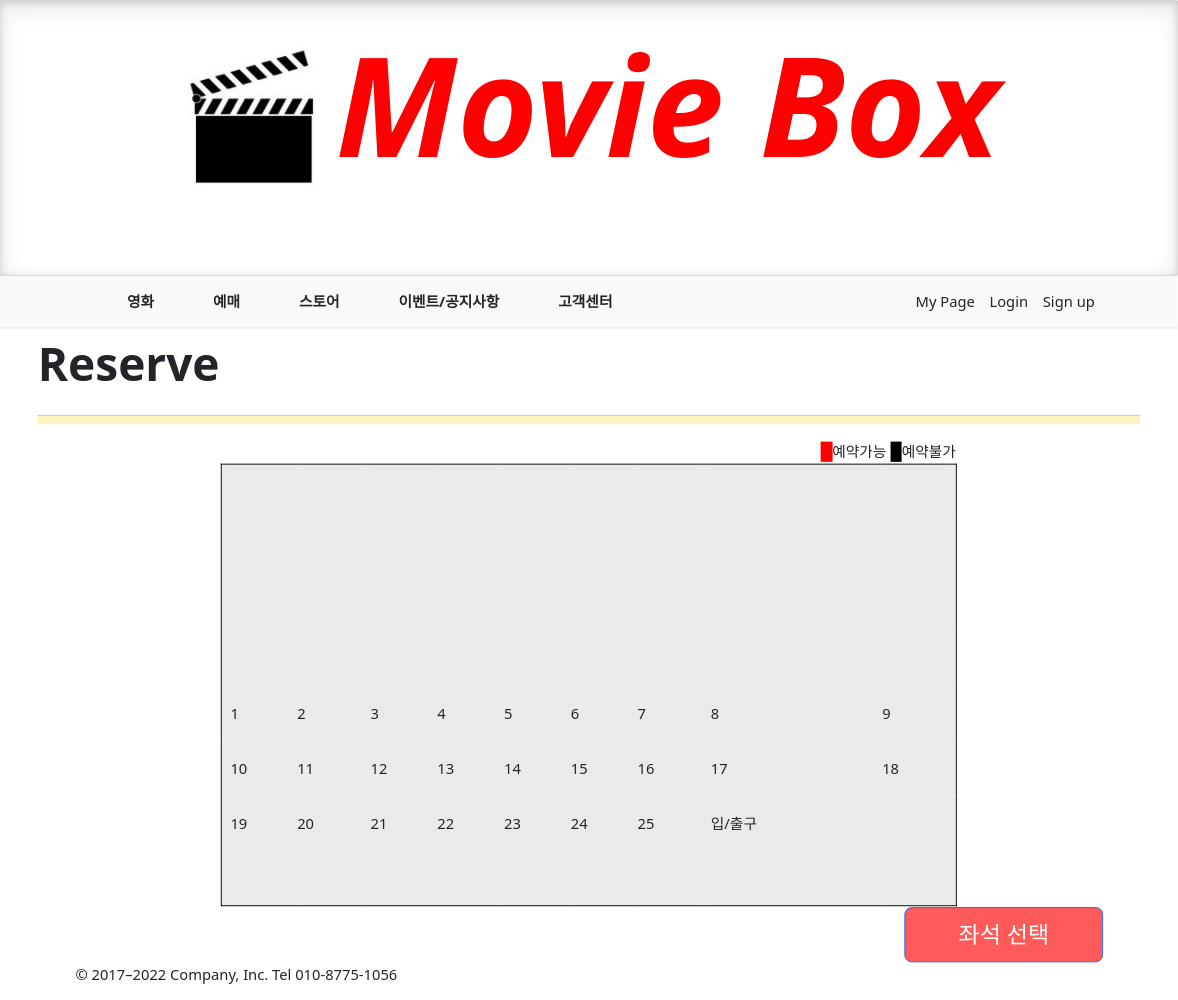
Repository: SpearManCN/MovieBox-2nd-Project-
Page: http://localhost/prj_01/WEB-INF/views/reserveDetail.jsp
An editor plug-in stored every save of this project. The page is shown before and after the next save, followed by the edit.
The browser window is 1280 px wide. The pictures show the whole page, at 92% of full size.
The page is served by Tomcat 9. Nobody is signed in. Other server files are loaded and not shown. The template is opened directly, without the code that normally fills it, so the values that code supplies are empty.

Above is the page before, as saved 2022-12-13 11:49:54.

### Second project/prj_01/src/main/webapp/WEB-INF/views/reserveDetail.jsp
<%@ page language="java" contentType="text/html; charset=UTF-8"
    pageEncoding="UTF-8"%>
        <%@taglib prefix="c" uri="http://java.sun.com/jsp/jstl/core" %>
<!DOCTYPE html>
<html>
<head>
<meta name="viewport" content="width=device-width, initial-scale=1">
<meta charset="UTF-8">
<link href="https://cdn.jsdelivr.net/npm/bootstrap@5.2.3/dist/css/bootstrap.min.css" rel="stylesheet" integrity="sha384-rbsA2VBKQhggwzxH7pPCaAqO46MgnOM80zW1RWuH61DGLwZJEdK2Kadq2F9CUG65" crossorigin="anonymous">

</head>
<body>
<%@include file="/WEB-INF/views/commonHeader.jsp" %>

<center>
<table width="1200px">
	<tr>
	<td align="left"><span style="font-size:50px; font-weight:bold;">Reserve</span>
	<tr>
	<td><hr style="height:10px; background-color:#EDD200;">
	<tr>
</table>
</center>

<table align="center" width="800px">
<tr align="right"><td><sapn style="background-color:red">&nbsp;&nbsp;&nbsp;</sapn><span>예약가능</span>
<sapn style="background-color:black">&nbsp;&nbsp;&nbsp;</sapn><span>예약불가</span>

</table>
<table align="center" width="800px" style="border:1px solid black; background-color:#EAEAEA;">
	<tr height="60px">
	<td></td>
	<td></td>
	<td></td>
	<td></td>
	<td></td>
	<td></td>
	<td></td>
	<td></td>
	<td></td>
	<td></td>
	<td></td>
	<td></td>
	<td></td>
	</tr>
		<tr height="60px">
	<td></td>
	<td></td>
	<td></td>
	<td></td>
	<td></td>
	<td></td>
	<td></td>
	<td></td>
	<td></td>
	<td></td>
	<td></td>
	<td></td>
	<td></td>
	</tr>
		<tr height="60px">
	<td></td>
	<td></td>
	<td></td>
	<td></td>
	<td></td>
	<td></td>
	<td></td>
	<td></td>
	<td></td>
	<td></td>
	<td></td>
	<td></td>
	<td></td>
	</tr>
		<tr height="60px">
	<td></td>
	<td></td>
	<td></td>
	<td></td>
	<td></td>
	<td></td>
	<td></td>
	<td></td>
	<td></td>
	<td></td>
	<td></td>
	<td></td>
	<td></td>
	</tr>
		<tr height="60px">
	<td></td>
	<td>1</td>
	<td>2</td>
	<td></td>
	<td>3</td>
	<td>4</td>
	<td>5</td>
	<td>6</td>
	<td>7</td>
	<td></td>
	<td>8</td>
	<td>9</td>
	<td></td>
	</tr>
		<tr height="60px">
	<td></td>
	<td>10</td>
	<td>11</td>
	<td></td>
	<td>12</td>
	<td>13</td>
	<td>14</td>
	<td>15</td>
	<td>16</td>
	<td></td>
	<td>17</td>
	<td>18</td>
	<td></td>
	</tr>
		<tr height="60px">
	<td></td>
	<td>19</td>
	<td>20</td>
	<td></td>
	<td>21</td>
	<td>22</td>
	<td>23</td>
	<td>24</td>
	<td>25</td>
	<td></td>
	<td>입/출구</td>
	<td></td>
	<td></td>
	</tr>
		<tr height="60px">
	<td></td>
	<td></td>
	<td></td>
	<td></td>
	<td></td>
	<td></td>
	<td></td>
	<td></td>
	<td></td>
	<td></td>
	<td></td>
	<td></td>
	<td></td>
	</tr>




</table>

<table width="1200px">
<tr><td>
<div align="right"><button onclick="goReserveDetail();" type="button" class="btn btn-primary btn-lg" style="width:18%; height:60px; background-color:#FF5A5A;">
	<span style="font-size:25px; font-weight:; color:white;">좌석 선택</span></button></div></table>



<%@include file="/WEB-INF/views/commonFooter.jsp" %>
</body>
</html>

### Second project/prj_01/src/main/webapp/WEB-INF/views/commonHeader.jsp
<%@ page language="java" contentType="text/html; charset=UTF-8"
    pageEncoding="UTF-8"%>



<script src="/js/jquery-1.11.0.min.js"></script>
<script>
function goLogin(){document.commonForm.action="/loginForm.do";document.commonForm.submit(); }
function goLoginJoin(){document.commonForm.action="/loginJoinForm.do";document.commonForm.submit();}
function goMyPage(){document.commonForm.action="/myPageHome.do";document.commonForm.submit(); }
function goMainForm(){document.commonForm.action="/mainForm.do";document.commonForm.submit(); }
</script>

<form name="commonForm" method="post"></form>
<div style="height:300px; background-color: white; border-width: 1px 0;
        box-shadow: inset 0 .5em 1.5em rgba(0, 0, 0, .1), inset 0 .125em .5em rgba(0, 0, 0, .15);         border: solid rgba(0, 0, 0, .15);
        border-width: 1px 0;" class="b-example-divider" align="center" >

 <span style="cursor:pointer" onclick="goMainForm();"><img src="resources/img/movieBox2.jpg" >
 <Span  style="font-size: 150px; color:red; font-weight: bold ; font-style: italic;" >Movie Box</Span>

 </span></div>

  <nav class="py-2 bg-light border-bottom">
    <div class="container d-flex flex-wrap">
      <ul class="nav me-auto">
      <li class="nav-item">&emsp;&emsp;&emsp;</li>
        <li class="nav-item"><a href="movieHome.do" class="nav-link link-dark px-2 active" aria-current="page" style="font-weight: bold ;" >영화</a></li>
         <li class="nav-item">&emsp;&emsp;&emsp;</li>
        <li class="nav-item"><a href="reserveForm.do" class="nav-link link-dark px-2" style="font-weight: bold ;">예매</a></li>
         <li class="nav-item">&emsp;&emsp;&emsp;</li>
        <li class="nav-item"><a href="/storeForm.do" class="nav-link link-dark px-2" style="font-weight: bold ;">스토어</a></li>
         <li class="nav-item">&emsp;&emsp;&emsp;</li>
        <li class="nav-item"><a href="/eventForm.do" class="nav-link link-dark px-2" style="font-weight: bold ;">이벤트/공지사항</a></li>
          <li class="nav-item">&emsp;&emsp;&emsp;</li>
        <li class="nav-item"><a href="/qnaForm.do" class="nav-link link-dark px-2" style="font-weight: bold ;">고객센터</a></li>

       </ul>
      <ul class="nav">
      <li class="nav-item"><span class="nav-link link-dark px-2" style="cursor:pointer" onclick="goMyPage();">My Page</span></li>
        <li class="nav-item"><span class="nav-link link-dark px-2" style="cursor:pointer" onclick="goLogin();">Login</span></li>
        <li class="nav-item"><span class="nav-link link-dark px-2" style="cursor:pointer" onclick="goLoginJoin();">Sign up</span></li>
      </ul>
    </div>
  </nav>

### Second project/prj_01/src/main/webapp/WEB-INF/views/commonFooter.jsp
<%@ page language="java" contentType="text/html; charset=UTF-8"
    pageEncoding="UTF-8"%>
<!--====================================================================-->
  <footer class="container">
    <p class="float-end"></p>
    <p>&copy; 2017–2022 Company, Inc. Tel 010-8775-1056 </p>
  </footer>

<script src="https://cdn.jsdelivr.net/npm/bootstrap@5.2.3/dist/js/bootstrap.bundle.min.js" integrity="sha384-kenU1KFdBIe4zVF0s0G1M5b4hcpxyD9F7jL+jjXkk+Q2h455rYXK/7HAuoJl+0I4" crossorigin="anonymous"></script>

Loaded but not shown: Second project/prj_01/src/main/resources/static/js/jquery-1.11.0.min.js (library)

After the next save:
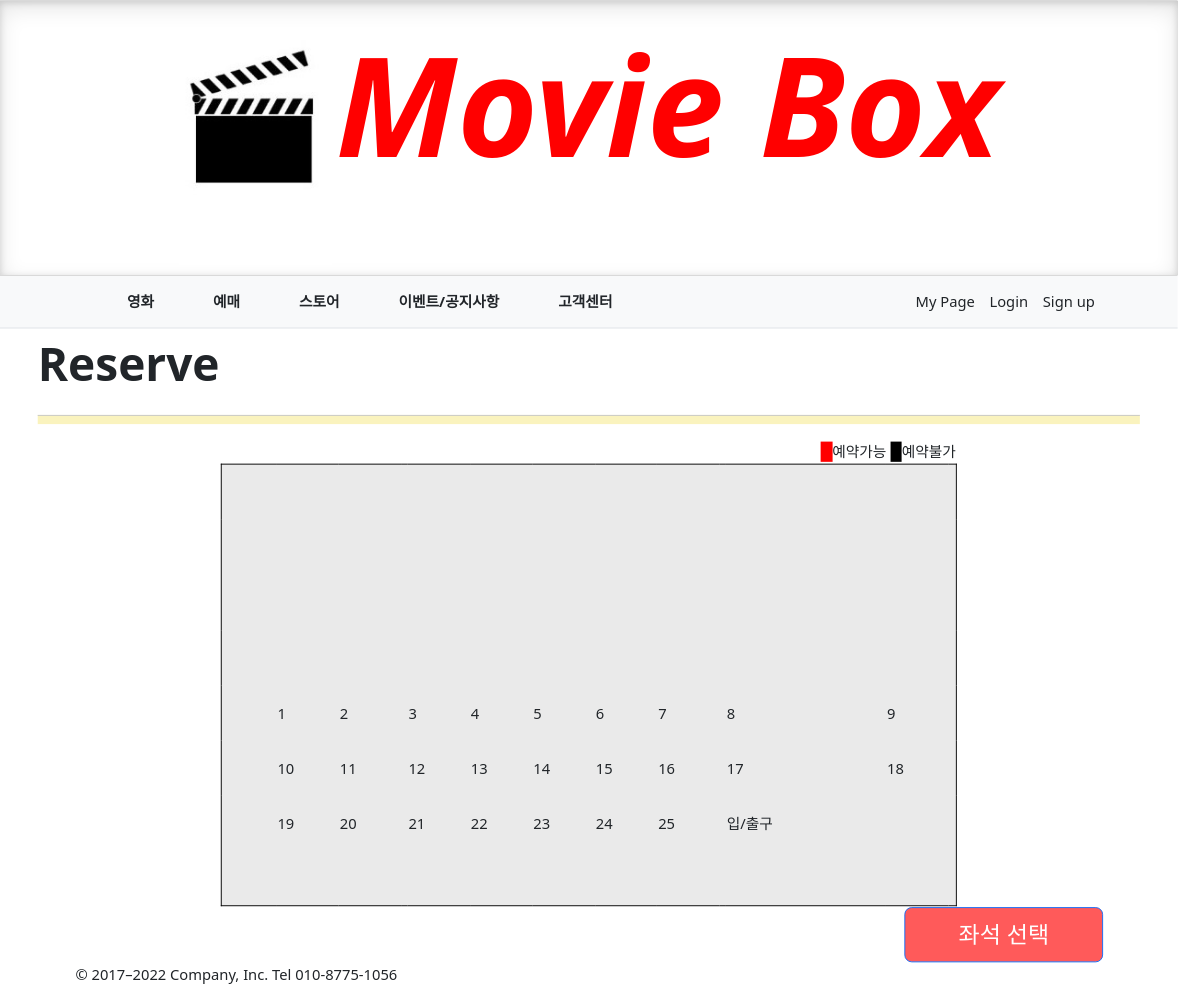
Saved 2 min 6 s later.
--- a/Second project/prj_01/src/main/webapp/WEB-INF/views/reserveDetail.jsp
+++ b/Second project/prj_01/src/main/webapp/WEB-INF/views/reserveDetail.jsp
@@ -29,7 +29,7 @@
 </table>
 <table align="center" width="800px" style="border:1px solid black; background-color:#EAEAEA;">
 	<tr height="60px">
-	<td></td>
+	<td width="60px"></td>
 	<td></td>
 	<td></td>
 	<td></td>
